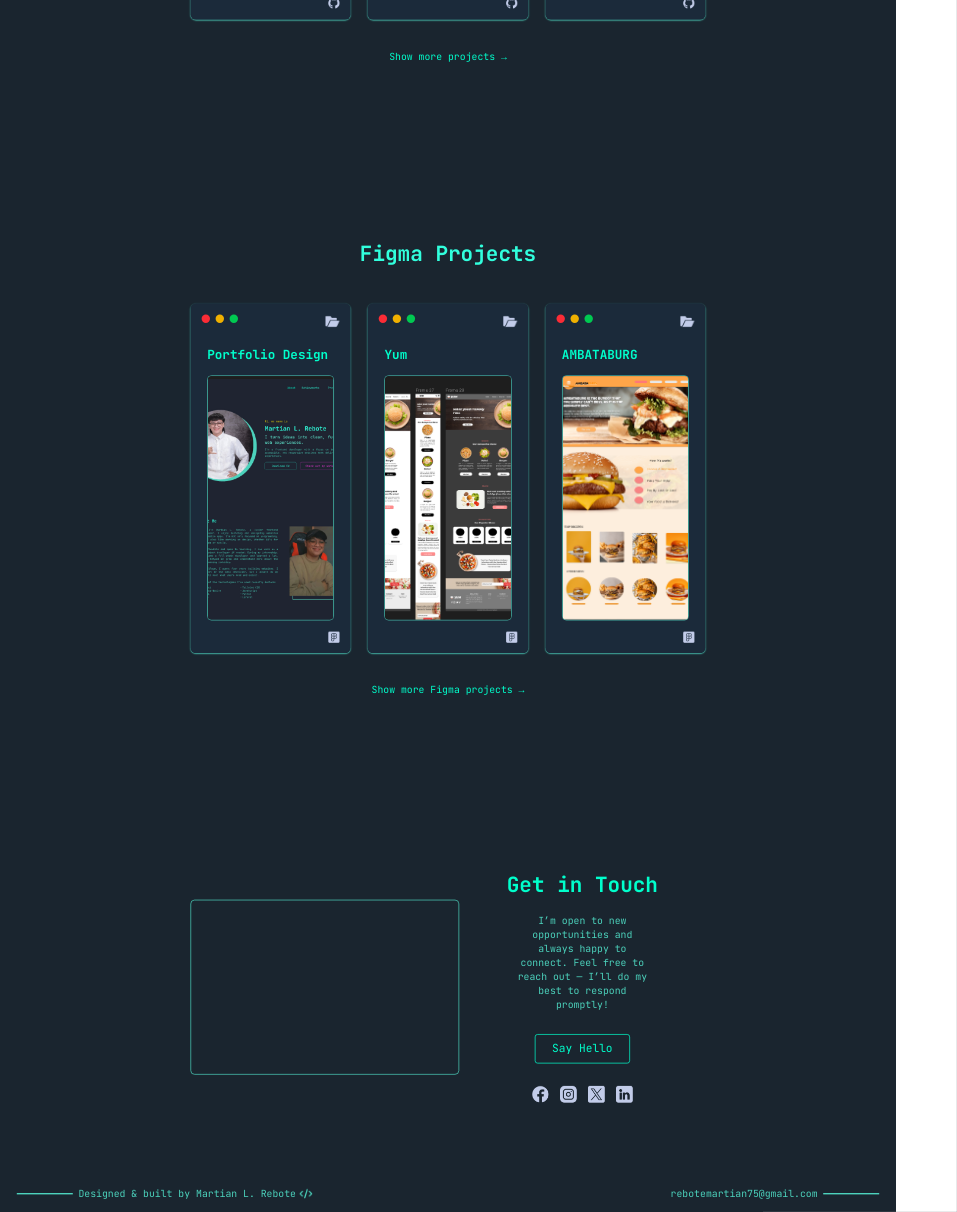
Repository: m4rsu-code/Portfolio
Page: / (app in my-portfolio/)
These files come from the project's save history. The page is drawn as it stood at one moment and after the next save; the edit follows.
The browser window is 1280 px wide. The page is 1367 px wide, so the pictures cover 1367 px, including what lies to the right of the window. The pictures show the part of the page from y = 3355 to 5115 px (the page is 5087 px tall before and 5115 px after), at 70% of full size.
The project was rebuilt for these pictures with package versions that can differ from the ones it lists, and the page was loaded fresh each time. Also part of the build but not shown: my-portfolio/vite.config.js, my-portfolio/src/assets/components/Modal/AchievementModal.jsx, my-portfolio/src/AchievementsPage.jsx, my-portfolio/src/ProjectPage.jsx, my-portfolio/src/FigmaProjectsPage.jsx.

Above is the page before, as saved 2025-08-04 18:37:10.

After the next save:
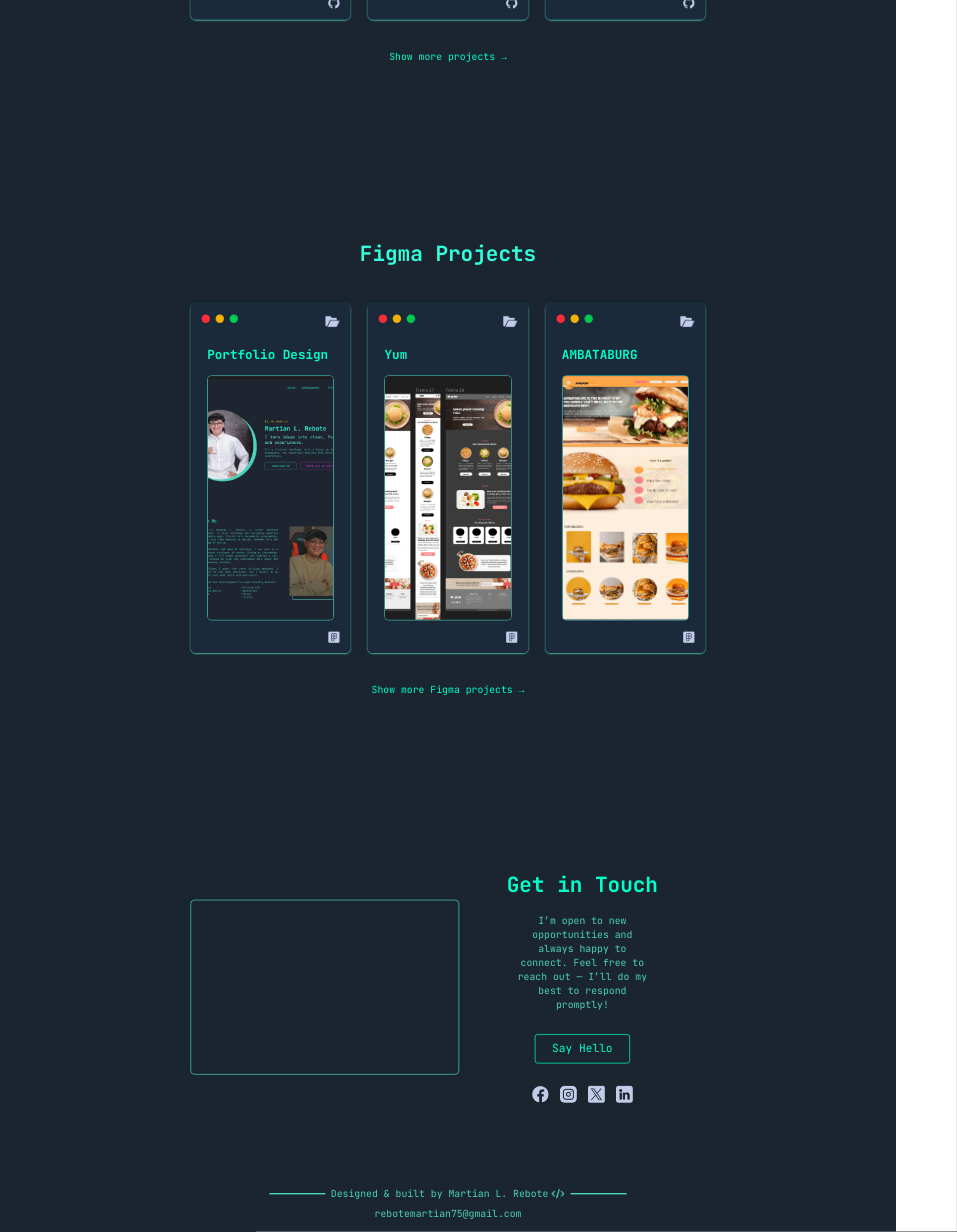
Saved 29 s later.
--- a/my-portfolio/src/App.jsx
+++ b/my-portfolio/src/App.jsx
@@ -379,22 +379,23 @@
       </div>
 
       {/* Footer */}
-      <footer className="text-[#4CD2BC] text-sm flex items-center p-4 justify-between px-6 relative font-jetbrains-mono">
-  <span className="flex items-center">
+<footer className="text-[#4CD2BC] text-sm flex flex-col items-center p-4 px-6 relative font-jetbrains-mono">
+  <div className="flex items-center mb-2">
     <span className="border-t-2 border-[#4CD2BC] w-20 mr-2"></span>
     <span className="flex items-center gap-1">
       Designed & built by Martian L. Rebote
       <img src="Images/code.png" alt="Code icon" className="w-5 h-5" />
     </span>
-  </span>
+    <span className="border-t-2 border-[#4CD2BC] w-20 ml-2"></span>
+  </div>
   <a
     href="mailto:rebotemartian75@gmail.com"
-    className="text-[#4CD2BC] hover:underline flex items-center font-jetbrains-mono"
+    className="text-[#4CD2BC] hover:underline flex items-center"
   >
     rebotemartian75@gmail.com
-    <span className="border-t-2 border-[#4CD2BC] w-20 ml-2"></span>
   </a>
 </footer>
+
 
     </div>
   );

After the save that followed:
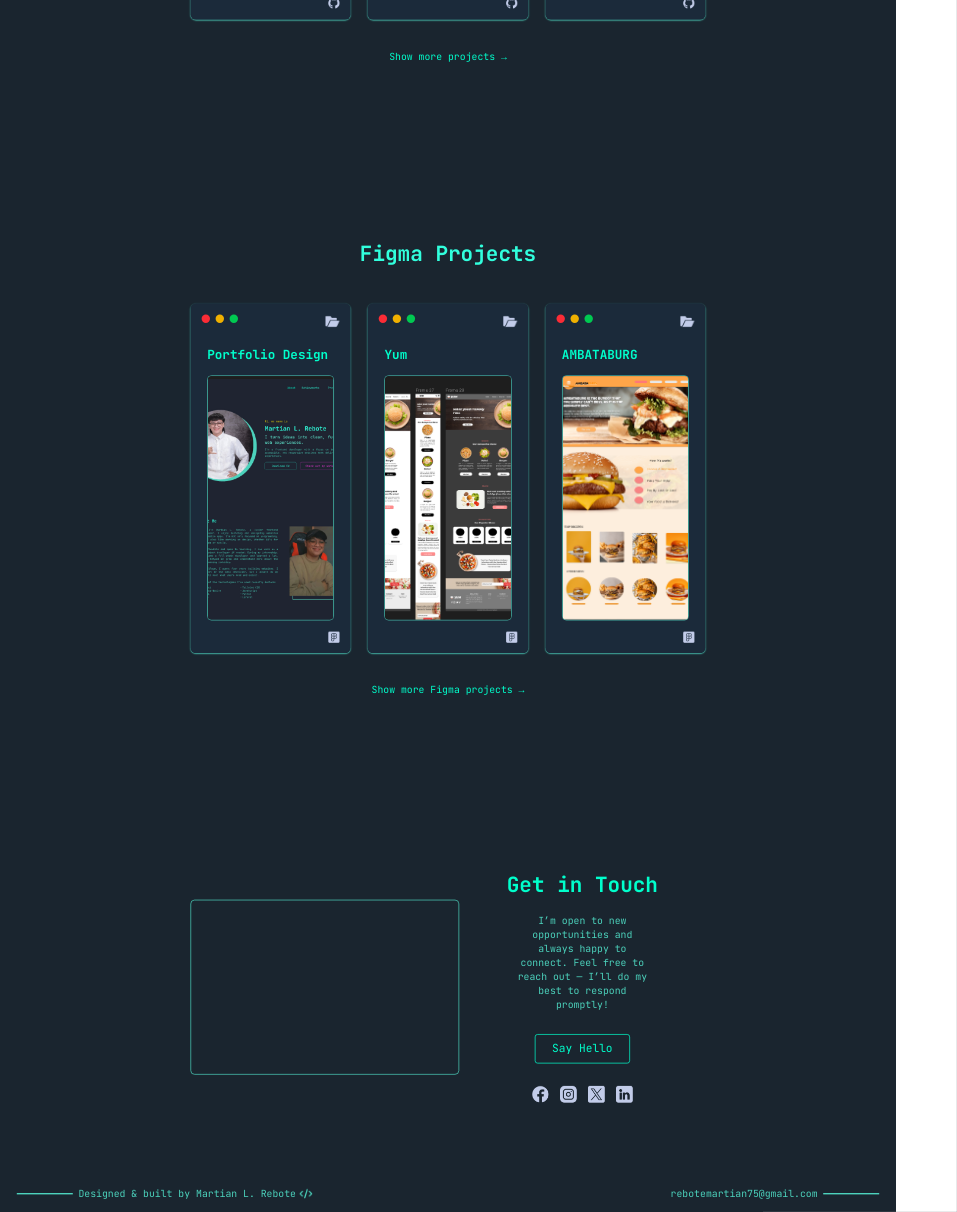
Saved 7 s later.
--- a/my-portfolio/src/App.jsx
+++ b/my-portfolio/src/App.jsx
@@ -379,23 +379,22 @@
       </div>
 
       {/* Footer */}
-<footer className="text-[#4CD2BC] text-sm flex flex-col items-center p-4 px-6 relative font-jetbrains-mono">
-  <div className="flex items-center mb-2">
+      <footer className="text-[#4CD2BC] text-sm flex items-center p-4 justify-between px-6 relative font-jetbrains-mono">
+  <span className="flex items-center">
     <span className="border-t-2 border-[#4CD2BC] w-20 mr-2"></span>
     <span className="flex items-center gap-1">
       Designed & built by Martian L. Rebote
       <img src="Images/code.png" alt="Code icon" className="w-5 h-5" />
     </span>
-    <span className="border-t-2 border-[#4CD2BC] w-20 ml-2"></span>
-  </div>
+  </span>
   <a
     href="mailto:rebotemartian75@gmail.com"
-    className="text-[#4CD2BC] hover:underline flex items-center"
+    className="text-[#4CD2BC] hover:underline flex items-center font-jetbrains-mono"
   >
     rebotemartian75@gmail.com
+    <span className="border-t-2 border-[#4CD2BC] w-20 ml-2"></span>
   </a>
 </footer>
-
 
     </div>
   );
